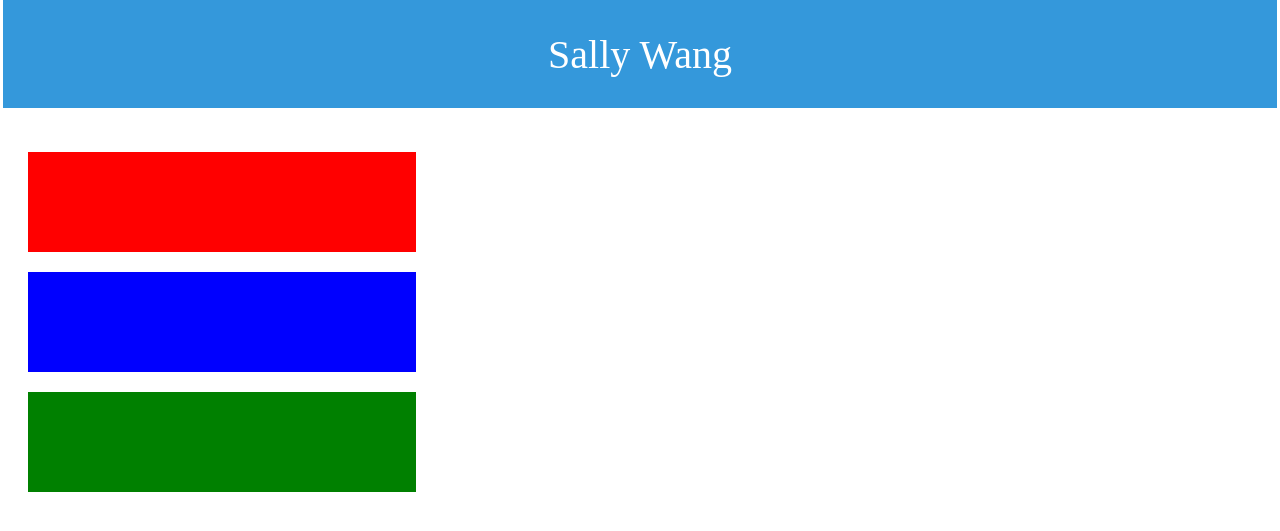
Repository: tianjiewang2022/tianjiewang2022.github.io
Page: index.html
These files come from the project's save history. The page is drawn as it stood at one moment and after the next save; the edit follows.
The browser window is 1280 px wide. The pictures show the whole page.

Above is the page before, as saved 2023-10-01 22:34:02.

### index.html
<!DOCTYPE html>
<html lang="en">

    <head>
        <meta charset="UTF-8">
        <meta name="viewport" content="width=device-width, initial-scale=1.0">
        <title>Sally's Webpage</title>
        <style>
            body {
                padding: 10px;
                left: 3%;
                right: 3%;
            }

            header {
                background-color: #3498db;
                /* Choose your header color */
                color: white;
                position: fixed;
                top: 0;
                height: 15%;
                left: 3px;
                right: 3px;
                display: flex;
                align-items: center;
                justify-content: center;
                z-index: 100;
                font-size: 40px;
            }

            .container {
                margin-top: 10%;
                /* Ensure content starts below the header */
                padding: 10px;
            }

            .flex-container {
                display: flex;
                flex-wrap: wrap;
                justify-content: space-between;
            }

            .box {
                width: calc(33.33% - 20px);
                /* Adjust the width and margin as needed */
                height: 100px;
                /* Adjust the height as needed */
                margin-bottom: 20px;
            }

            .red {
                background-color: red;
            }

            .blue {
                background-color: blue;
            }

            .green {
                background-color: green;
            }
        </style>
    </head>

    <body>
        <header>
            Sally Wang
        </header>

        <div class="container">
            <!-- Your content goes here -->
            <div class="box red"></div>
            <div class="box blue"></div>
            <div class="box green"></div>
        </div>
    </body>

</html>

After the next save:
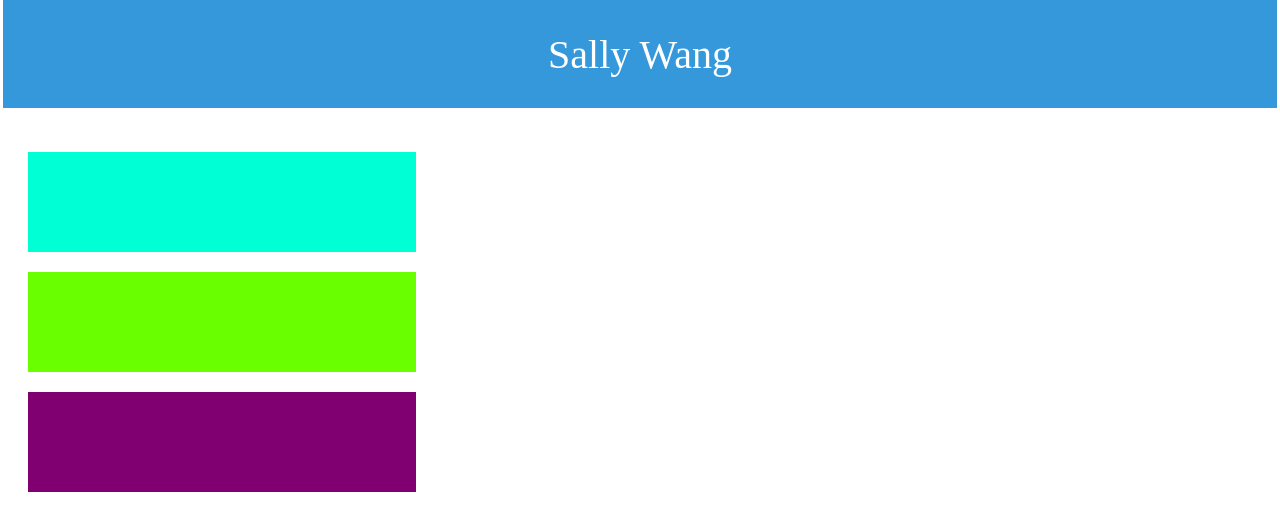
Saved 102 s later.
--- a/index.html
+++ b/index.html
@@ -49,15 +49,15 @@
             }
 
             .red {
-                background-color: red;
+                background-color: rgb(0, 255, 213);
             }
 
             .blue {
-                background-color: blue;
+                background-color: rgb(106, 255, 0);
             }
 
             .green {
-                background-color: green;
+                background-color: rgb(128, 0, 113);
             }
         </style>
     </head>
